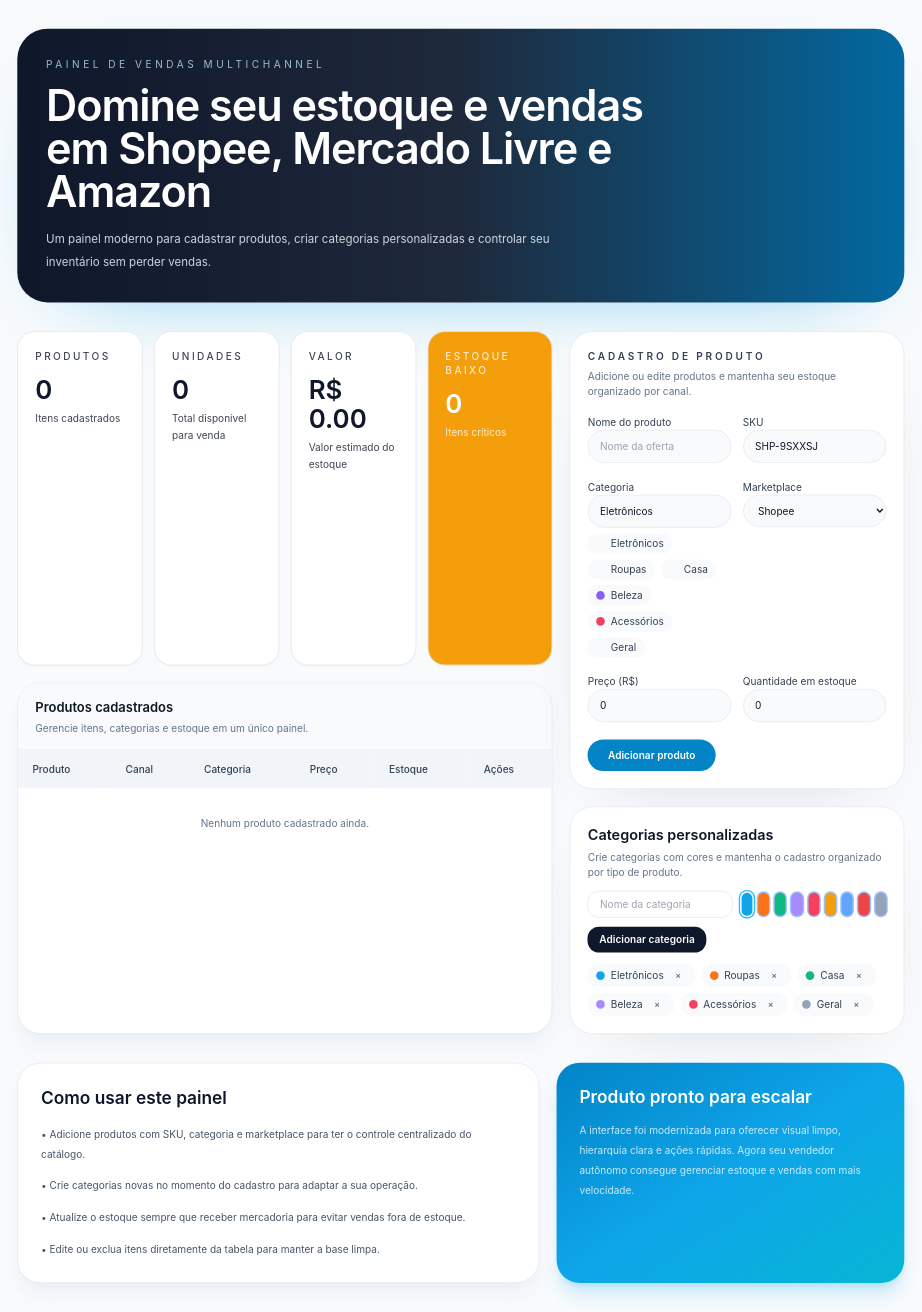
Repository: jorcardjunior/Ponto-Das-Ofertas-
Page: /
An editor plug-in stored every save of this project. The page is shown before and after the next save, followed by the edit.
The browser window is 1280 px wide. The pictures show the whole page, at 72% of full size.
The project was rebuilt for these pictures with package versions that can differ from the ones it lists, and the page was loaded fresh each time. The framework's server and built-in components were replaced by stand-ins that run in the browser. Also part of the build but not shown: next.config.js, next.config.mjs.

Above is the page before, as saved 2026-06-07 00:56:45.

After the next save:
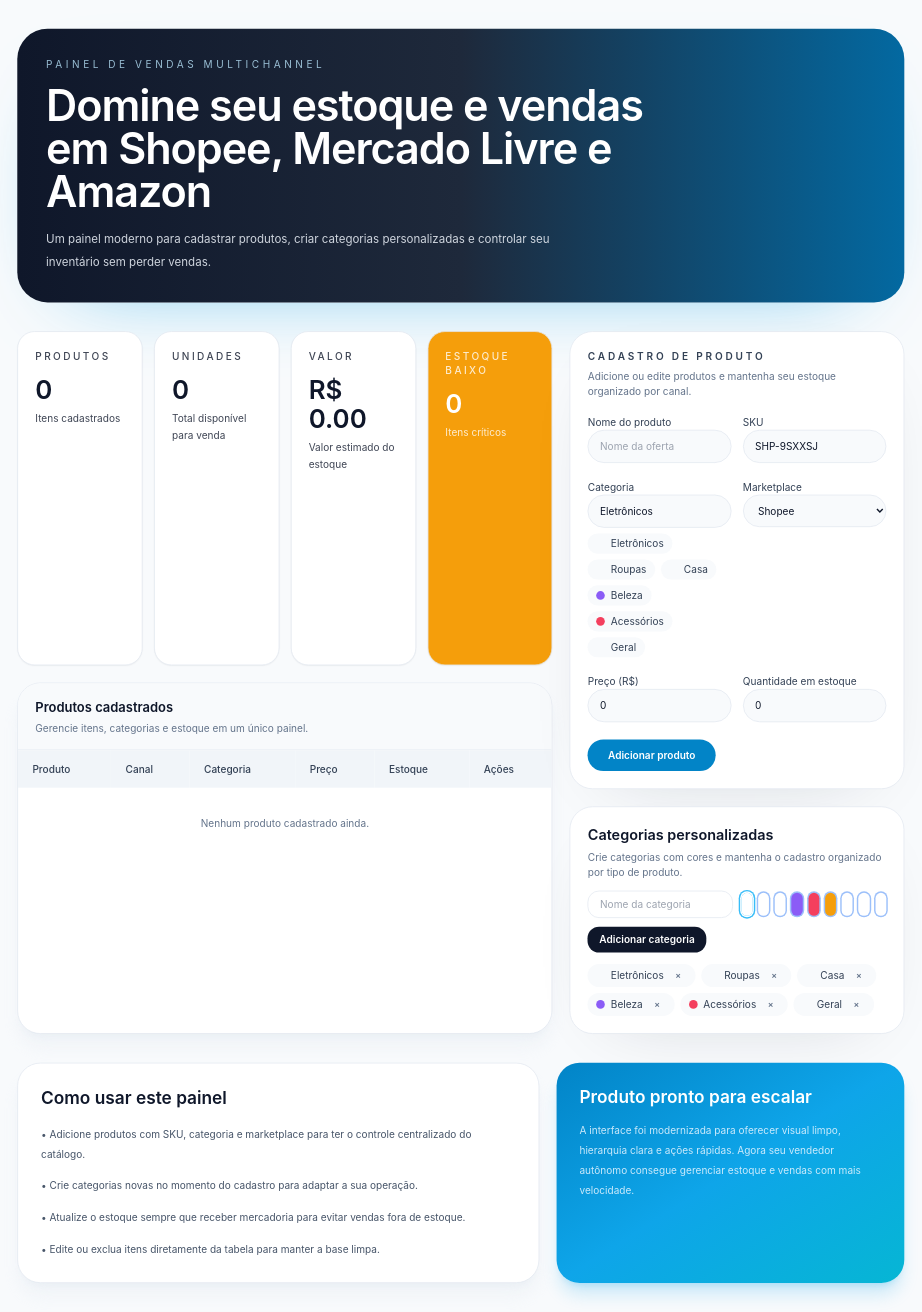
Saved 10 s later.
--- a/components/CategoryManager.tsx
+++ b/components/CategoryManager.tsx
@@ -1,6 +1,7 @@
 'use client';
 
 import { useState } from 'react';
+import { getCategoryColorClass } from '../lib/categoryColors';
 
 type Category = { name: string; color: string };
 
@@ -28,7 +29,7 @@ export function CategoryManager({ categories, onCreate, onDelete }: Props) {
         <input value={name} onChange={(e) => setName(e.target.value)} placeholder="Nome da categoria" className="w-full rounded-2xl border border-slate-200 px-4 py-2 text-sm outline-none" />
         <div className="flex items-center gap-2">
           {PALETTE.map((c) => (
-            <button key={c} type="button" onClick={() => setColor(c)} className={`h-8 w-8 rounded-full bg-[var(--swatch)] ring-2 ${color === c ? 'ring-offset-2 ring-sky-400' : ''}`} style={{ '--swatch': c } as any} aria-label={c} />
+            <button key={c} type="button" onClick={() => setColor(c)} className={`h-8 w-8 rounded-full ${getCategoryColorClass(c)} ring-2 ${color === c ? 'ring-offset-2 ring-sky-400' : ''}`} aria-label={c} />
           ))}
         </div>
       </div>
@@ -43,7 +44,7 @@ export function CategoryManager({ categories, onCreate, onDelete }: Props) {
         ) : (
           categories.map((c) => (
             <div key={c.name} className="inline-flex items-center gap-2 rounded-full bg-slate-50 px-3 py-1 text-sm">
-              <span className="h-3 w-3 rounded-full bg-[var(--category-chip)]" style={{ '--category-chip': c.color } as any} />
+              <span className={`h-3 w-3 rounded-full ${getCategoryColorClass(c.color)}`} />
               <span className="text-slate-700">{c.name}</span>
               {onDelete && (
                 <button type="button" onClick={() => onDelete(c.name)} className="rounded-full px-2 py-1 text-xs font-semibold text-slate-500 transition hover:text-slate-900">
